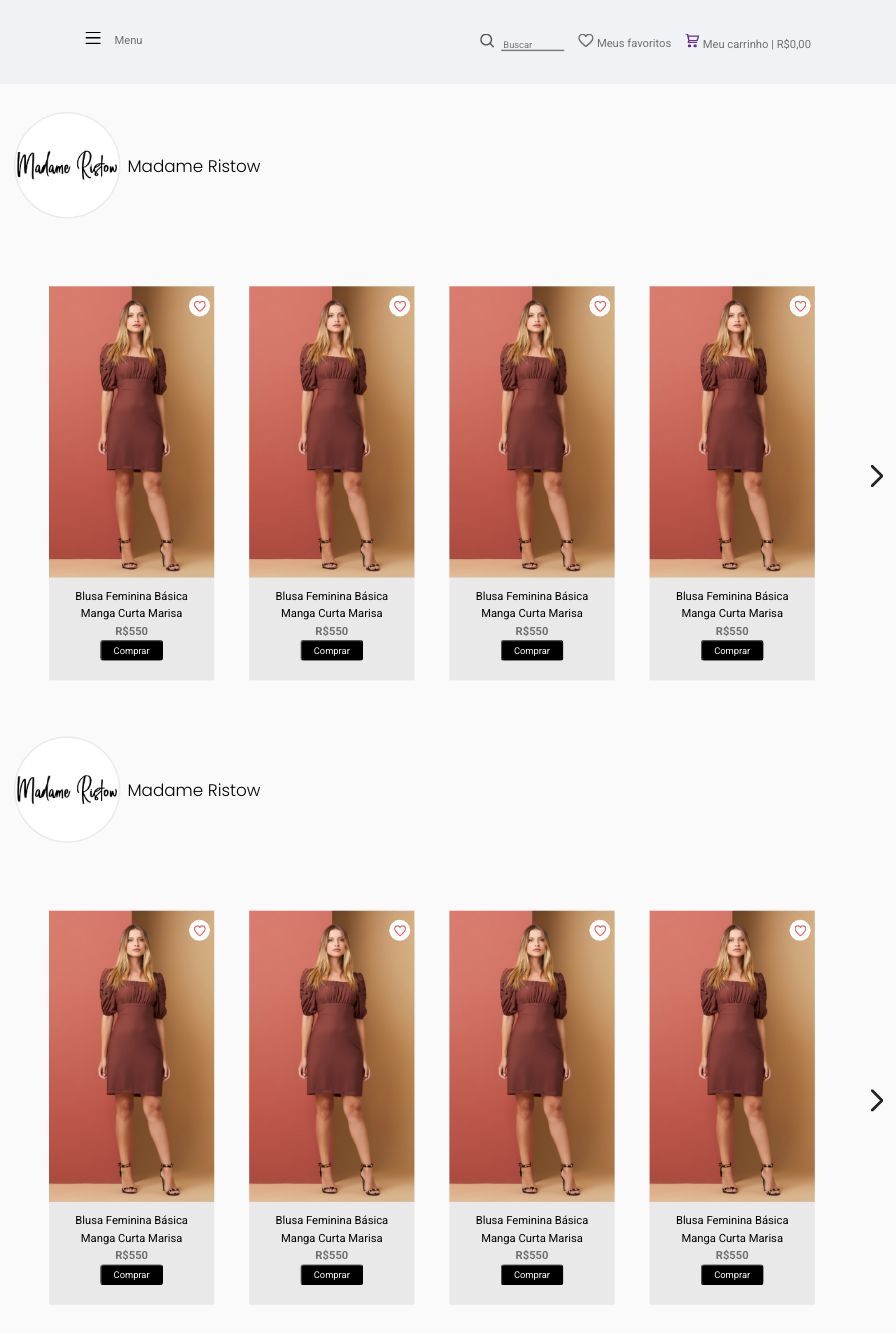
Repository: gutobarbosa/FrontEndLojaVirtual
Page: /
These files come from the project's save history. The page is drawn as it stood at one moment and after a run of saves; the edit follows.
The browser window is 1280 px wide. The pictures show the whole page, at 70% of full size.
The page's requests for data from a server got no answer. The project was rebuilt for these pictures with package versions that can differ from the ones it lists, and the page was loaded fresh each time. No one was signed in, and anything a server would have sent is missing. Also part of the build but not shown: src/pages/Repository/styles.ts, src/pages/Repository/index.tsx.

Above is the page before, as saved 2020-11-22 11:38:10.

After the next 2 saves:
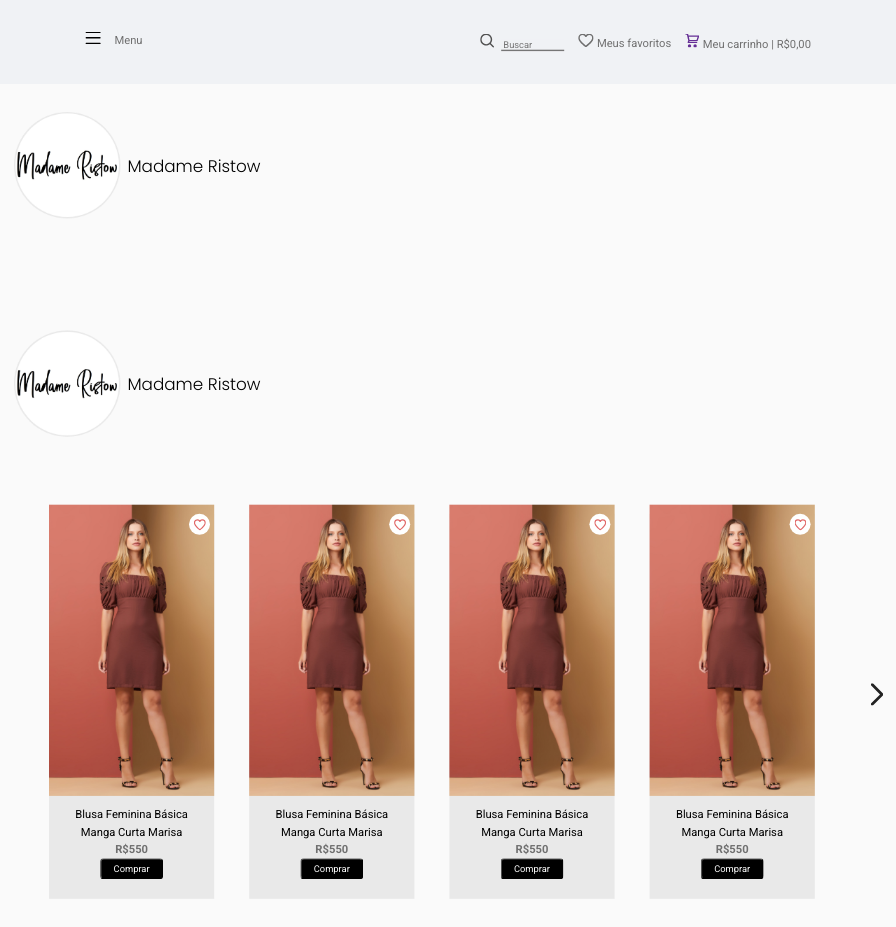
The 2 saves are shown as one change because they came seconds apart.
The last was saved 7 min 18 s later.
--- a/src/pages/Dashboard/index.tsx
+++ b/src/pages/Dashboard/index.tsx
@@ -14,8 +14,8 @@ import Header from '../../components/Header';
 interface Issue {
     id: number;
     name: string;
-    photo: String;
-    price: String;
+    photo: string;
+    price: string;
 
 }
 
@@ -38,80 +38,28 @@ const Dashboard: React.FC = () => {
     <h3>Madame Ristow</h3>
     </Container>
     <ContainerProducts>
-    <div className="containerBox">
-            <div className="heart">
-                <img src={iconheart} alt="Product" />
-            </div>
-            <div className="productBox">
-                <div className="productImage">
-                <img src={productimage} alt="Product" />
-                </div>
-                <div className="productinformation">
-                <p>Blusa Feminina Básica Manga Curta Marisa<br/></p>
-                    <p className ="bold">R$550 <br/></p>
-                    <div className="buttonBuy">
-                        <button>Comprar</button>
-                    </div>
-                </div>
-            </div>
-        </div>
-        <div className="containerBox">
-            <div className="heart">
-                <img src={iconheart} alt="Product" />
-            </div>
-            <div className="productBox">
-                <div className="productImage">
-                <img src={productimage} alt="Product" />
-                </div>
-                <div className="productinformation">
-                <p>Blusa Feminina Básica Manga Curta Marisa<br/></p>
-                    <p className ="bold">R$550 <br/></p>
-                    <div className="buttonBuy">
-                        <button>Comprar</button>
-                    </div>
-                </div>
-            </div>
-        </div>
-        <div className="containerBox">
-            <div className="heart">
-                <img src={iconheart} alt="Product" />
-            </div>
-            <div className="productBox">
-                <div className="productImage">
-                <img src={productimage} alt="Product" />
-                </div>
-                <div className="productinformation">
-                <p>Blusa Feminina Básica Manga Curta Marisa<br/></p>
-                    <p className ="bold">R$550 <br/></p>
-                    <div className="buttonBuy">
-                        <button>Comprar</button>
-                    </div>
-                </div>
-            </div>
-        </div>
-        <div className="containerBox">
-            <div className="heart">
-                <img src={iconheart} alt="Product" />
-            </div>
-            <div className="productBox">
-                <div className="productImage">
-                <div>
-                <img src={productimage} alt="Product" />
-                </div>
 
-                </div>
-                <div className="productinformation">
-                    <p>Blusa Feminina Básica Manga Curta Marisa<br/></p>
-                    <p className ="bold">R$550 <br/></p>
-                    <div className="buttonBuy">
-                        <button>Comprar</button>
-                    </div>
-                </div>
-            </div>
-        </div>
-        <div className="arrowNext">
-            <img src={arrownext} alt="arrownext" />
-        </div>
+               {issues.map(issue => (
+                 <div className="containerBox">
+                 <div className="heart">
+                     <img src={iconheart} alt="Product" />
+                 </div>
+                 <div className="productBox">
+                     <div className="productImage">
+                     <img src={issue.photo} alt="Product" />
+                     </div>
+                     <div className="productinformation">
+                     <p>{issue.name}<br/></p>
+                         <p className ="bold">{issue.price} <br/></p>
+                         <div className="buttonBuy">
+                             <button>Comprar</button>
+                         </div>
+                     </div>
+                 </div>
+             </div>
+               ))}
+
+
     </ContainerProducts>
 
     <Container>
